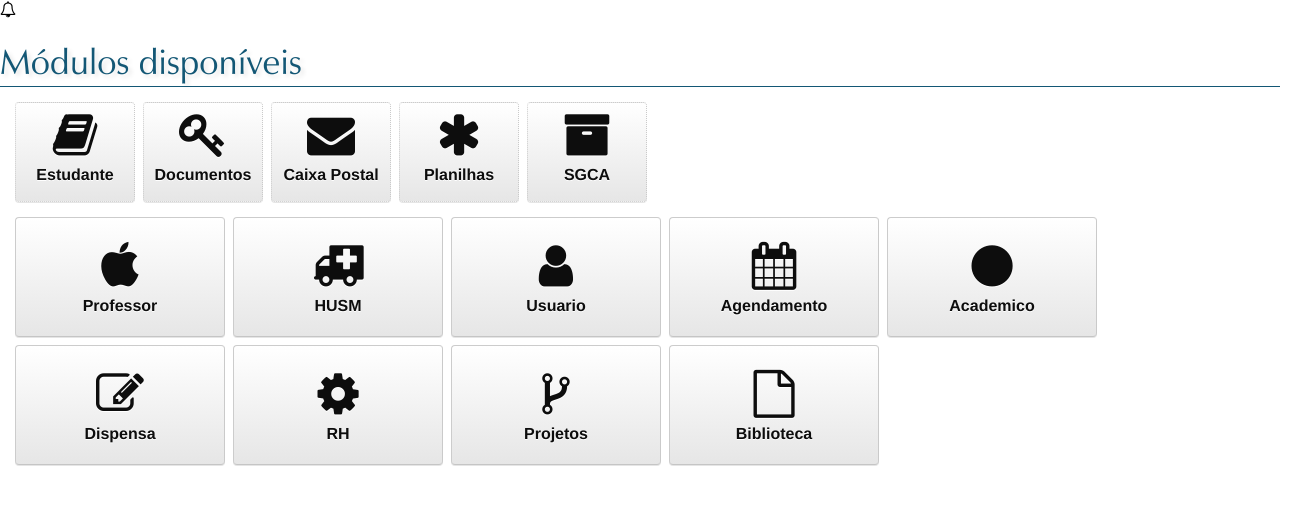
Repository: evertonagilar/study
Page: css/css-notificacao-dialog/index.html
These files come from the project's save history. The page is drawn as it stood at one moment and after a run of saves; the edit follows.
The browser window is 1280 px wide. The page is 1295 px wide, so the pictures cover 1295 px, including what lies to the right of the window. The pictures show the whole page.

Above is the page before, as saved 2023-09-11 20:20:49.

### css/css-notificacao-dialog/index.html
<!DOCTYPE html>
<html lang="en">

<head>
    <meta charset="UTF-8">
    <meta name="viewport" content="width=device-width, initial-scale=1.0">
    <title>Aula CSS GRID</title>
    <link rel="stylesheet" href="css/cpd.css">
    <link rel="stylesheet" href="css/style.css">
</head>

<body>
    <span class="dashboard-notificacoes icon-bell">

    </span>

    <h2 class="h2 primary stroked-bottom text-shadowed margin-bottom">
        Módulos disponíveis
    </h2>


    <div class="dashboard-container-favorito">
        <div class="portal">
            <span class="portal-icon icon-book"></span>
            <h3 class="portal-label">Estudante</h3>
        </div>
        <div class="portal">
            <span class="portal-icon icon-key"></span>
            <h3 class="portal-label">Documentos</h3>
        </div>
        <div class="portal">
            <span class="portal-icon icon-envelope"></span>
            <h3 class="portal-label">Caixa Postal</h3>
        </div>
        <div class="portal">
            <span class="portal-icon icon-asterisk"></span>
            <h3 class="portal-label">Planilhas</h3>
        </div>
        <div class="portal">
            <span class="portal-icon icon-archive"></span>
            <h3 class="portal-label">SGCA</h3>
        </div>

    </div>

    <div class="dashboard-container">
        <div class="portal">
            <span class="portal-mini-button fa fa-chain"></span>
            <span class="portal-icon icon-apple"></span>
            <h3 class="portal-label">Professor</h3>
        </div>

        <div class="portal">
            <span class="portal-icon icon-ambulance"></span>
            <h3 class="portal-label">HUSM</h3>
        </div>

        <div class="portal">
            <span class="portal-icon icon-user"></span>
            <h3 class="portal-label">Usuario</h3>
        </div>

        <div class="portal">
            <span class="portal-icon icon-calendar"></span>
            <h3 class="portal-label">Agendamento</h3>
        </div>

        <div class="portal">
            <span class="portal-icon icon-circle"></span>
            <h3 class="portal-label">Academico</h3>
        </div>

        <div class="portal">
            <span class="portal-icon icon-edit"></span>
            <h3 class="portal-label">Dispensa</h3>
        </div>

        <div class="portal">
            <span class="portal-icon icon-cog"></span>
            <h3 class="portal-label">RH</h3>
        </div>

        <div class="portal">
            <span class="portal-icon icon-code-fork"></span>
            <h3 class="portal-label">Projetos</h3>
        </div>

        <div class="portal">
            <span class="portal-icon icon-file-alt"></span>
            <h3 class="portal-label">Biblioteca</h3>
        </div>

    </div>
</body>


<script>

    document.addEventListener("DOMContentLoaded", function () {

        const botao = document.querySelectorAll('.portal');
        botao.forEach(btn => {
            const miniButton = btn.querySelector('.portal-mini-button');

            btn.addEventListener('click', () => {
                alert('botao clicked');
            });

            btn.addEventListener('mouseenter', () => {
                if (miniButton){
                    miniButton.style.visibility = 'visible';
                }
            });

            btn.addEventListener('mouseleave', () => {
                if (miniButton){
                    miniButton.style.visibility = 'hidden';
                }
            });

        });

        debugger;
        const miniButtons = document.querySelectorAll('.portal-mini-button');
        miniButtons.forEach(btn => {
            const parentButton = btn.closest('.portal');

            btn.addEventListener("click", (event) => {
                event.stopPropagation();
                alert('mini-button clicked');
            });

            btn.addEventListener("mouseenter", (event) => {
                // alert('mouse enter');
                // parentButton.style.pointerEvents = 'none';

            });

            btn.addEventListener("mouseleave", (event) => {
                // alert('mouse leave');
                // parentButton.style.pointerEvents = 'auto';
            })

        });


    });



</script>



</html>

### css/css-notificacao-dialog/css/style.css

.dashboard-container {
    width: 100%;
    height: 100%;
    display: flex;
    flex-direction: row;
    flex-wrap: wrap;
    gap: 8px;
    align-items: stretch; /* Centraliza verticalmente */
    justify-content: stretch;
    margin: 15px;
    @media screen and (max-width:34.999999em){
        width: 94%;
    }
}

.dashboard-container-favorito {
    width: 100%;
    height: 100%;
    display: flex;
    flex-direction: row;
    flex-wrap: nowrap;
    gap: 8px;
    align-items: stretch; /* Centraliza verticalmente */
    justify-content: stretch;
    margin: 15px;
}

.portal {
    position: relative;
    cursor: pointer;
    text-align: center;
    --border-radius:.25rem;
    --border-radius-top-left:.25rem;
    --border-radius-top-right:.25rem;
    --border-radius-bottom-right:.25rem;
    --border-radius-bottom-left:.25rem;
    --border-radius-top:.25rem;
    --border-radius-left:.25rem;
    --border-radius-right:.25rem;
    --border-radius-bottom:.25rem;
    border-radius:.25rem;
    border:.065rem solid #ccc;
    border-bottom:.065rem solid #c5c5c5;
    border-right:.065rem solid #cacaca;
    color:#0d0d0d;
    text-shadow:0 .065em 0 #fff;
    box-shadow:0 .065em 0 rgba(0,0,0,0.1),0 .065em .065em 0 rgba(255,255,255,0.3) inset;
    background-image:linear-gradient(to bottom, #fff, #e6e6e6);
    padding: 24px;
    width: 210px;
    height: 120px;
    @media screen and (max-width:34.999999em){
        width: 100%;
    }
}


.portal:hover {
    background:#e6e6e6;
    transition: all .35s ease-in-out;
    box-shadow: 0 .065rem 0 rgba(0,0,0,0.15);
}

.portal:active {
    background:none;
    box-shadow:0 .065em 0 rgba(0,0,0,0.1),.08em .125em .25em rgba(0,0,0,0.3) inset;
    background-color:#f3f3f3;
    transition:none
}

.portal:focus {
    box-shadow:0 0 .5em .25em rgba(205,205,205,0.85)
}

.portal-icon {
    font-size: 3em;
}

.portal-label {
    font-weight: bold;
    margin-top: 6px;
}

.dashboard-container-favorito .portal {
    padding: 8px;
    height: 100px;
    width: 120px;
    @media screen and (max-width:798px) {
        width: auto;
    }
    border-style: dotted;
}

.portal-mini-button {
    position: absolute;
    top: 0;
    right: 0;
    border: none;
    padding: 6px;
    z-index: 100;
    visibility: hidden;
}

.portal-mini-button:hover {
    background-color:#f3f3f3;
    border-radius:.25rem;
    border:.065rem solid #ccc;
    border-bottom:.065rem solid #c5c5c5;
    border-right:.065rem solid #cacaca;
    color:#0d0d0d;
    color: brown;
 }

 .portal-mini-button:active {
    background:none;
    box-shadow:0 .065em 0 rgba(0,0,0,0.1),.08em .125em .25em rgba(0,0,0,0.3) inset;
    background-color:#f3f3f3;
    transition:none
}

.portal-mini-button:focus {
    box-shadow:0 0 .5em .25em rgba(205,205,205,0.85)
}

Loaded but not shown: css/css-notificacao-dialog/css/cpd.css (library)

After the next 4 saves:
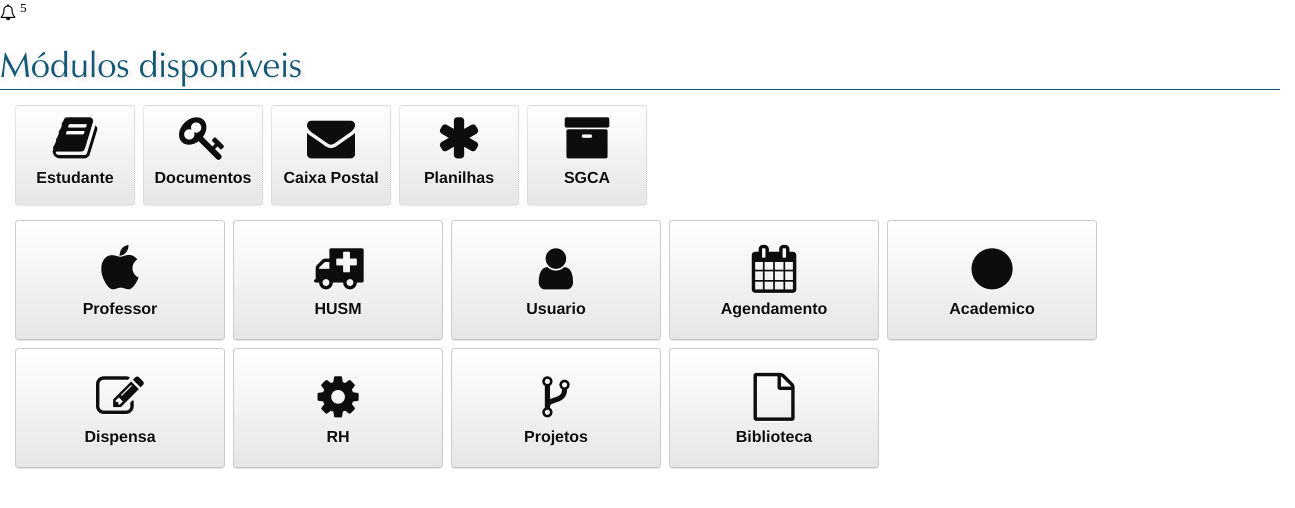
The 4 saves are shown as one change because they came seconds apart.
The last was saved 2 min 8 s later.
--- a/css/css-notificacao-dialog/index.html
+++ b/css/css-notificacao-dialog/index.html
@@ -11,7 +11,7 @@
 
 <body>
     <span class="dashboard-notificacoes icon-bell">
-
+        <sup>5</sup>
     </span>
 
     <h2 class="h2 primary stroked-bottom text-shadowed margin-bottom">
